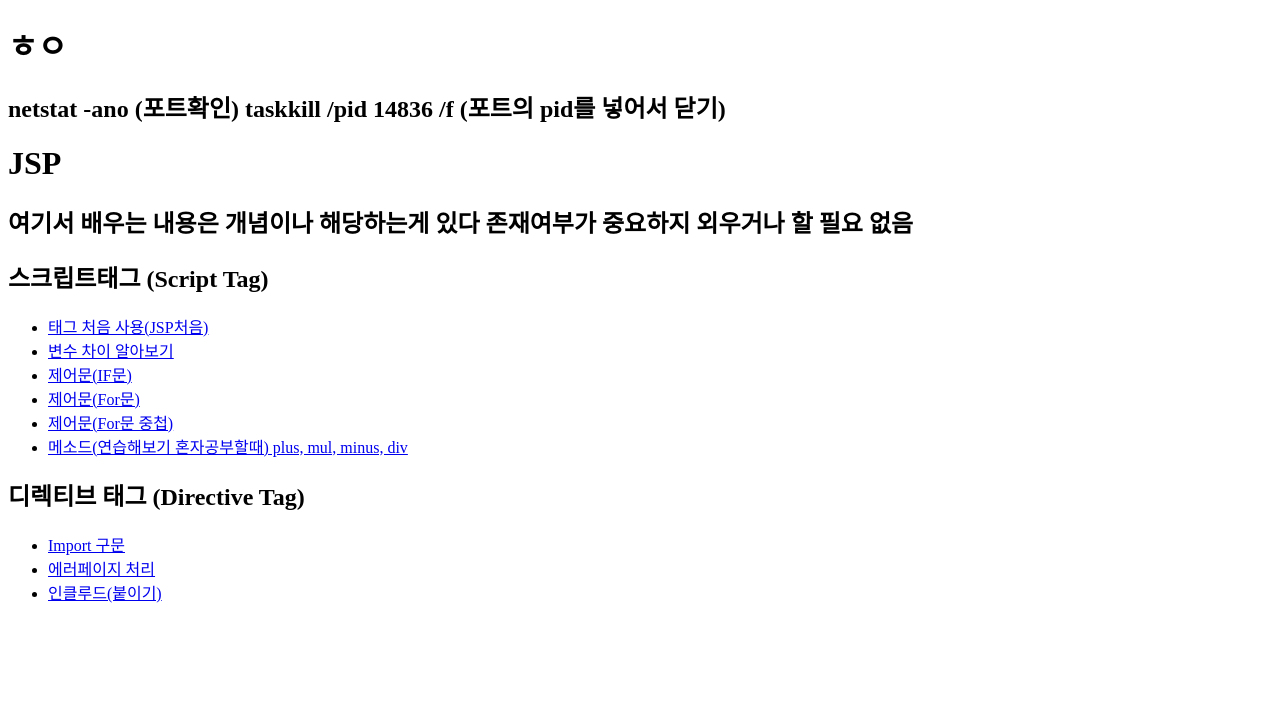
Repository: Kimgigon123123/JspServlet
Page: http://localhost/03.Tag/
An editor plug-in stored every save of this project. The page is shown before and after the next save, followed by the edit.
The browser window is 1280 px wide. The pictures show the whole page.
The page is served by Tomcat 9. Other server files are loaded and not shown.

Above is the page before, as saved 2023-05-19 03:09:57.

### WorkSpace/03.Tag/src/main/webapp/index.html
<!DOCTYPE html>
<html>
<head>
<meta charset="UTF-8">
<title>Insert title here</title>
</head>
<body>
	 <h1>ㅎㅇ</h1>
	 <h2>netstat -ano (포트확인)
	taskkill /pid 14836 /f (포트의 pid를 넣어서 닫기)</h2>

	 <h1> JSP </h1>
	 <h2> 여기서 배우는 내용은 개념이나 해당하는게 있다 존재여부가 중요하지 외우거나 할 필요 없음</h2>
	 <h2> 스크립트태그 (Script Tag)</h2>

	 <ul>
	 	<li><a href="01.Script/Ex00into.jsp">태그 처음 사용(JSP처음)</a></li>
	 	<li><a href="01.Script/Ex01Var.jsp">변수 차이 알아보기</a></li>
	 	<li><a href="01.Script/Ex02If.jsp">제어문(IF문)</a></li>
	 	<li><a href="01.Script/Ex03For.jsp">제어문(For문)</a></li>
	 	<li><a href="01.Script/Ex04For.jsp">제어문(For문 중첩)</a></li>
	 	<li><a href="01.Script/Ex05Method.jsp">메소드(연습해보기 혼자공부할때)
	 	plus, mul, minus, div </a></li>
	 </ul>


	 <h2> 디렉티브 태그 (Directive Tag)</h2>
	 <ul>
	 	<li><a href="02.Directive/Ex01_Directive.jsp">Import 구문</a></li>
	 	<li><a href="02.Directive/Ex02_ErrorMain.jsp">에러페이지 처리</a></li>
	 	<li><a href="02.Directive/Ex03_IncludeMain.jsp">인클루드(붙이기)</a></li>
	 </ul>

</body>
</html>

After the next save:
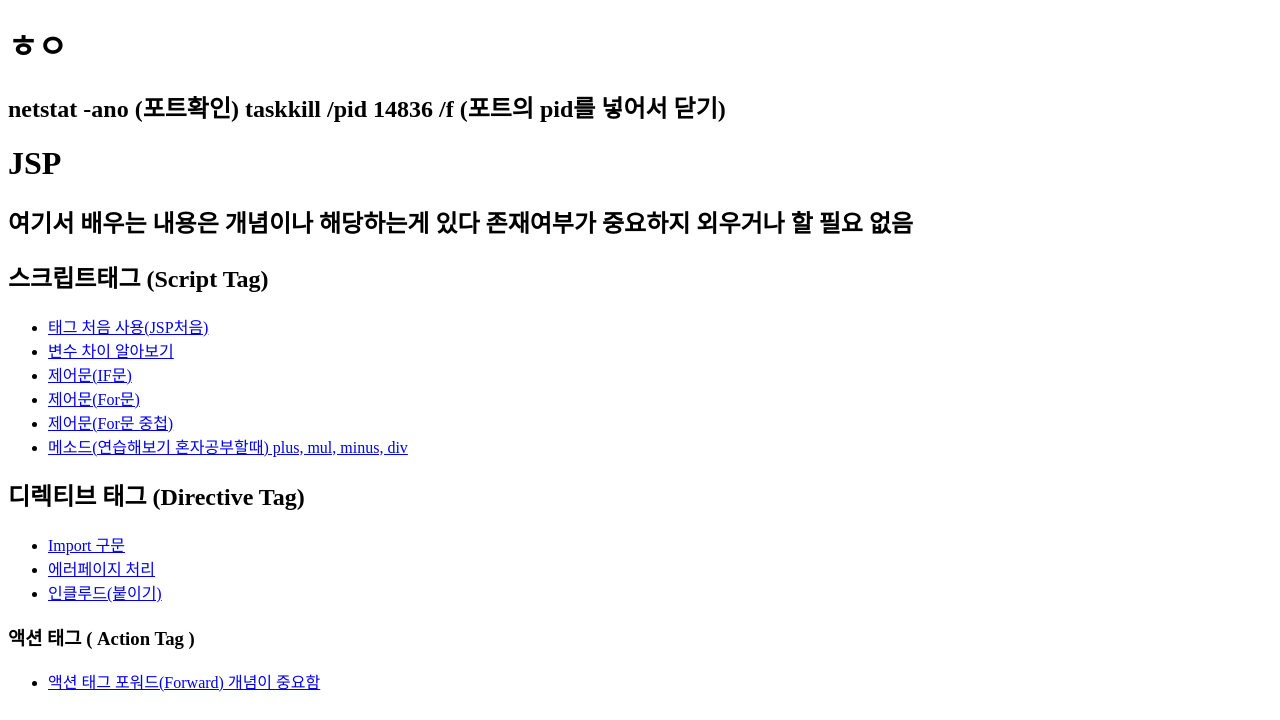
Saved 11 s later.
--- a/WorkSpace/03.Tag/src/main/webapp/index.html
+++ b/WorkSpace/03.Tag/src/main/webapp/index.html
@@ -31,5 +31,14 @@
 	 	<li><a href="02.Directive/Ex03_IncludeMain.jsp">인클루드(붙이기)</a></li>
 	 </ul>
 
+
+	 <h3> 액션 태그 ( Action Tag )</h3>
+	<ul>
+		<li><a href="03.Action/Ex01_Forward.jsp">액션 태그 포워드(Forward) 개념이 중요함</a></li>
+	</ul>
+
+
+
+
 </body>
 </html>
